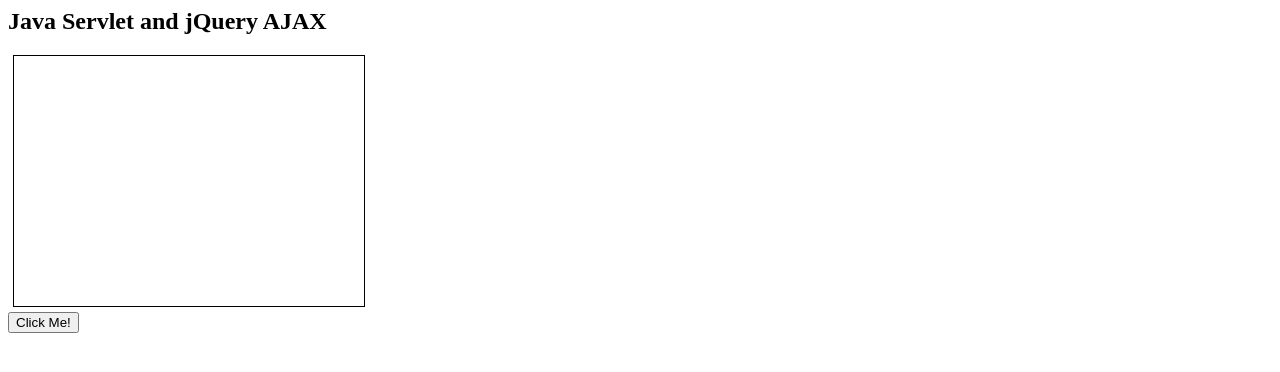
Repository: joliest/MyGits
Page: Java/Project_JIRA/JavaServletAndAJAX/WebContent/AJAXJava.html
An editor plug-in stored every save of this project. The page is shown before and after the next save, followed by the edit.
The browser window is 1280 px wide. The pictures show the whole page.

Above is the page before, as saved 2017-09-07 12:40:58.

After the next save:
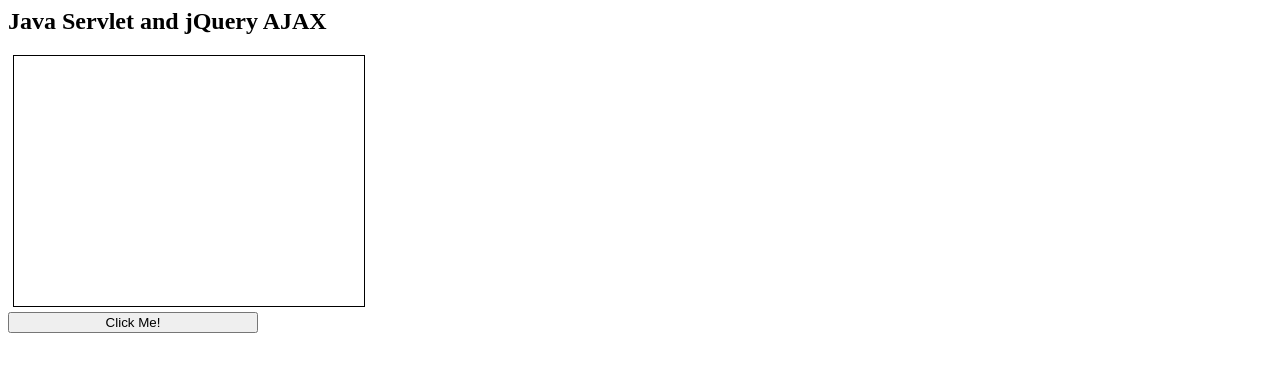
Saved 19 s later.
--- a/Java/Project_JIRA/JavaServletAndAJAX/WebContent/AJAXJava.html
+++ b/Java/Project_JIRA/JavaServletAndAJAX/WebContent/AJAXJava.html
@@ -9,6 +9,9 @@
 				width : 350px;
 				margin : 5px;
 			}
+			button {
+				width : 250px;
+			}
 		</style>
 	</head>
 	<body>
